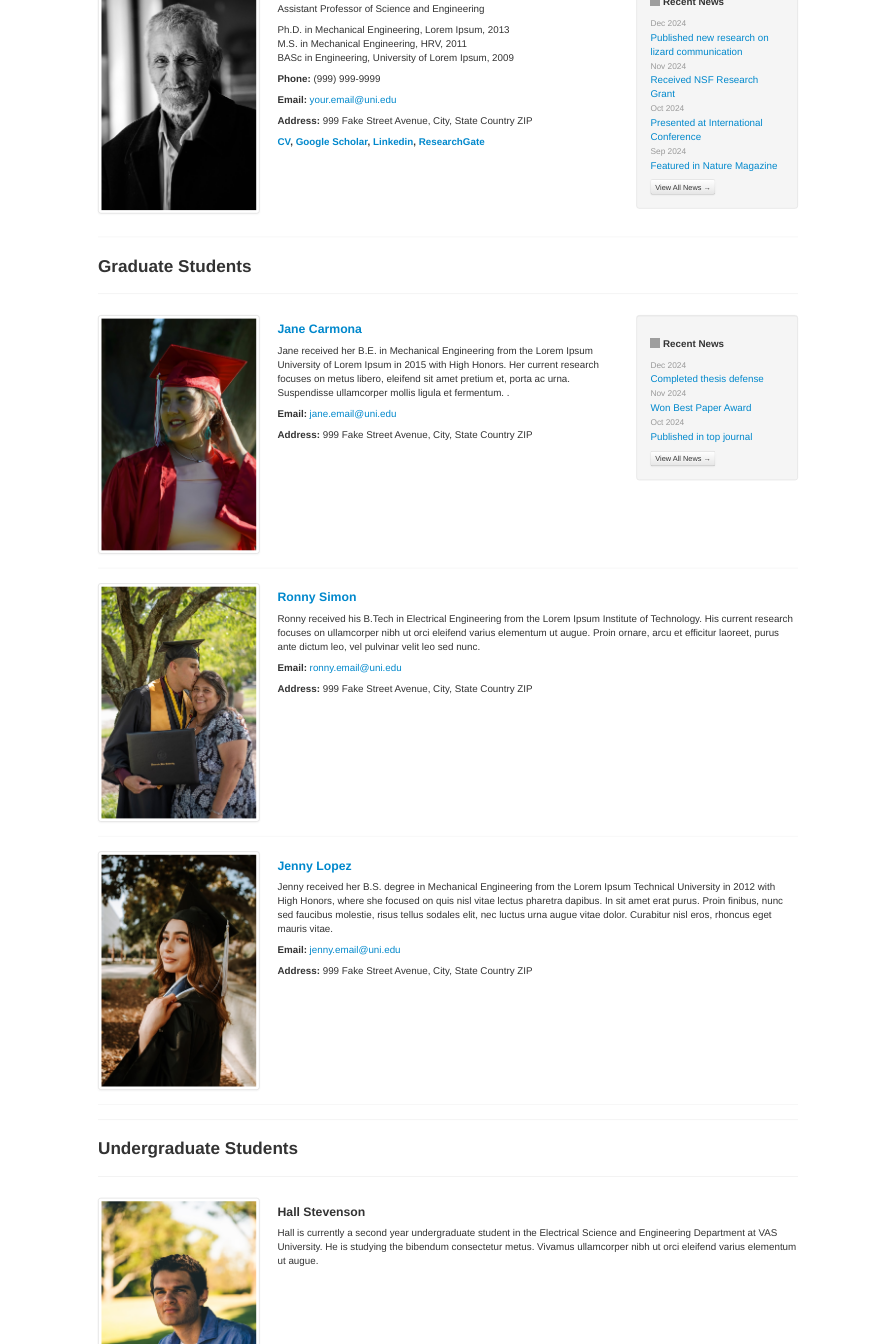
Repository: IAEUC/iaeuc.github.io
Page: people.html
An editor plug-in stored every save of this project. The page is shown before and after the next save, followed by the edit.
The browser window is 1280 px wide. The pictures show the part of the page from y = 403 to 2323 px (the page is 5319 px tall), at 70% of full size.
Pictures or frames that could not be fetched are drawn as grey boxes.

Above is the page before, as saved 2025-08-07 17:48:37.

### people.html
<!DOCTYPE html>
<html lang="en">
   <head>
      <meta charset="utf-8">
      <title>People</title>
      <meta name="viewport" content="width=device-width, initial-scale=1.0">
      <meta name="description" content="Research Lab, Home, Velit Aliquet Sagittis University">
      <meta name="author" content="">
      <!-- Le styles -->
      <link href="css/bootstrap.min.css" rel="stylesheet">
      <link href="css/bootstrap-responsive.min.css" rel="stylesheet">
      <link href="css/theme.css" rel="stylesheet">
   </head>
   <body>
      <div class="container">
         <header class="jumbotron subhead" id="overview">
            <p class="lead"> Velit Aliquet Sagittis University </p>
            <h1>Experimental Research Lab</h1>
         </header>
         <div class="masthead">
            <div class="navbar">
               <div class="navbar-inner">
                  <div class="container">
                     <ul class="nav">
                        <li><a href="index.html">Home</a></li>
                        <li class="dropdown active">
                           <a href="#" class="dropdown-toggle" data-toggle="dropdown">People <b class="caret"></b></a>
                           <ul class="dropdown-menu">
                              <li><a href="people.html">All People</a></li>
                              <li><a href="people.html#principalinvestigator">Principal Investigator</a></li>
                              <li><a href="people.html#graduate">Graduate Students</a></li>
                              <li><a href="people.html#undergraduate">Undergraduate Students</a></li>
                           </ul>
                        </li>
                        <li><a href="research.html">Research</a></li>
                        <li><a href="publications.html">Publications</a></li>
                        <li><a href="gallery.html">Gallery</a></li>
                        <li><a href="news.html">News</a></li>
                        <li><a href="teaching.html">Teaching</a></li>
                        <li><a href="contact.html">Contact</a></li>
                     </ul>
                  </div>
               </div>
            </div>
         </div>
         <hr>
         <div class="row-fluid">

            <div class="span12">
               <section id="principalinvestigator">
                  <div class="page-header">
                     <h3>Principal Investigator</h3>
                  </div>
                  <div class="row-fluid">
                     <div class="span3">
                        <a href="https://unsplash.com/photos/aCZ2hiC-iDk" class="thumbnail">
                        <img src="thumbs/prof-photo2.jpg" alt="Joe Smith"/>
                        </a>
                     </div>
                     <div class="span6">
                        <h4>Joe Smith</h4>
                        <p>Assistant Professor of Science and Engineering</p>
                        <p>Ph.D. in Mechanical Engineering, Lorem Ipsum, 2013<br/>M.S. in Mechanical Engineering, HRV, 2011<br/>BASc in Engineering, University of Lorem Ipsum, 2009</p>
                        <p><b>Phone: </b>(999) 999-9999 </p>
                        <p><b>Email: </b><a href="mailto:your.email@uni.edu">your.email@uni.edu</a></p>
                        <p><b>Address: </b>999 Fake Street Avenue, City, State Country ZIP</p>
                        <p><b><a href="https://www.myperfectcv.co.uk/cv-examples/chemistry-lab-technician-cv-sample">CV</a>, <a href="http://scholar.google.com">Google Scholar</a>, <a href="https://www.linkedin.com">Linkedin</a>, <a href="http://www.researchgate.net">ResearchGate</a></b></p>
                     </div>
                     <div class="span3">
                        <div class="well">
                           <h5><i class="icon-bullhorn"></i> Recent News</h5>
                           <ul class="unstyled">
                              <li>
                                 <small class="muted">Dec 2024</small><br/>
                                 <a href="#" class="small">Published new research on lizard communication</a>
                              </li>
                              <li>
                                 <small class="muted">Nov 2024</small><br/>
                                 <a href="#" class="small">Received NSF Research Grant</a>
                              </li>
                              <li>
                                 <small class="muted">Oct 2024</small><br/>
                                 <a href="#" class="small">Presented at International Conference</a>
                              </li>
                              <li>
                                 <small class="muted">Sep 2024</small><br/>
                                 <a href="#" class="small">Featured in Nature Magazine</a>
                              </li>
                           </ul>
                           <a href="news.html" class="btn btn-mini">View All News →</a>
                        </div>
                     </div>
                  </div>
               </section>
               <hr>
               <section id="graduate">
                  <div class="page-header">
                     <h3>Graduate Students</h3>
                  </div>
                  <div class="row-fluid">
                     <div class="span3">
                        <a href="https://unsplash.com/photos/aaaGLiTRqkg" class="thumbnail">
                        <img src="thumbs/jane-carmona.jpg" alt="Jane Carmona"/>
                        </a>
                     </div>
                     <div class="span6">
                        <h4><a href="https://unsplash.com/photos/aaaGLiTRqkg">Jane Carmona</a></h4>
                        <p>Jane received her B.E. in Mechanical Engineering from the Lorem Ipsum University of Lorem Ipsum in 2015 with High Honors. Her current research focuses on metus libero, eleifend sit amet pretium et, porta ac urna. Suspendisse ullamcorper mollis ligula et fermentum. .</p>
                        <p><b>Email: </b><a href="mailto:jane.email@uni.edu">jane.email@uni.edu</a></p>
                        <p><b>Address: </b>999 Fake Street Avenue, City, State Country ZIP</p>
                     </div>
                     <div class="span3">
                        <div class="well">
                           <h5><i class="icon-bullhorn"></i> Recent News</h5>
                           <ul class="unstyled">
                              <li>
                                 <small class="muted">Dec 2024</small><br/>
                                 <a href="#" class="small">Completed thesis defense</a>
                              </li>
                              <li>
                                 <small class="muted">Nov 2024</small><br/>
                                 <a href="#" class="small">Won Best Paper Award</a>
                              </li>
                              <li>
                                 <small class="muted">Oct 2024</small><br/>
                                 <a href="#" class="small">Published in top journal</a>
                              </li>
                           </ul>
                           <a href="news.html" class="btn btn-mini">View All News →</a>
                        </div>
                     </div>
                  </div>
                  <hr>
                  <div class="row-fluid">
                     <div class="span3">
                        <a href="https://unsplash.com/photos/LUdelQ2EO2g" class="thumbnail">
                        <img src="thumbs/ronny-sison.jpg" alt="Ronny Simon"/>
                        </a>
                     </div>
                     <div class="span9">
                        <h4><a href="https://unsplash.com/photos/LUdelQ2EO2g">Ronny Simon</a></h4>
                        <p>Ronny received his B.Tech in Electrical Engineering from the Lorem Ipsum Institute of Technology. His current research focuses on ullamcorper nibh ut orci eleifend varius elementum ut augue. Proin ornare, arcu et efficitur laoreet, purus ante dictum leo, vel pulvinar velit leo sed nunc. </p>
                        <p><b>Email: </b><a href="mailto:ronny.email@uni.edu">ronny.email@uni.edu</a></p>
                        <p><b>Address: </b>999 Fake Street Avenue, City, State Country ZIP</p>
                     </div>
                  </div>
                  <hr>
                  <div class="row-fluid">
                     <div class="span3">
                        <a href="https://unsplash.com/photos/nomivMNW07o" class="thumbnail">
                        <img src="thumbs/graduate-1.jpg" alt="Jenny Lopez"/>
                        </a>
                     </div>
                     <div class="span9">
                        <h4><a href="https://unsplash.com/photos/nomivMNW07o">Jenny Lopez</a></h4>
                        <p>Jenny received her B.S. degree in Mechanical Engineering from the Lorem Ipsum Technical University in 2012 with High Honors, where she focused on quis nisl vitae lectus pharetra dapibus. In sit amet erat purus. Proin finibus, nunc sed faucibus molestie, risus tellus sodales elit, nec luctus urna augue vitae dolor. Curabitur nisl eros, rhoncus eget mauris vitae.</p>
                        <p><b>Email: </b><a href="mailto:jenny.email@uni.edu">jenny.email@uni.edu</a></p>
                        <p><b>Address: </b>999 Fake Street Avenue, City, State Country ZIP</p>
                     </div>
                  </div>
                  <hr>
               </section>
               <hr>
               <section id="undergraduate">
                  <div class="page-header">
                     <h3>Undergraduate Students</h3>
                  </div>
                  <div class="row-fluid">
                     <div class="span3">
                        <a href="https://unsplash.com/photos/unr5ZqXXvqU" class="thumbnail">
                        <img src="thumbs/undergrad-1.jpg" alt="Hall Stevenson"/>
                        </a>
                     </div>
                     <div class="span9">
                        <h4>Hall Stevenson</h4>
                        <p>Hall is currently a second year undergraduate student in the Electrical Science and Engineering Department at VAS University. He is studying the bibendum consectetur metus. Vivamus ullamcorper nibh ut orci eleifend varius elementum ut augue.</p>
                     </div>
                  </div>
                  <hr>
                  <div class="row-fluid">
                     <div class="span3">
                        <a href="https://unsplash.com/photos/GIy2ly37Kw8" class="thumbnail">
                        <img src="thumbs/graduate-2.jpg" alt="Simon Singh"/>
                        </a>
                     </div>
                     <div class="span9">
                        <h4>Simon Singh</h4>
                        <p>Simon is currently a second year undergraduate student in the Lorem Ipsum and Engineering Department at VAS University. He is working on rhoncus euismod tortor, ac lobortis tortor vestibulum sed. Ut in aliquam sapien. </p>
                     </div>
                  </div>
                  <hr>
                  <div class="row-fluid">
                     <div class="span3">
                        <a href="https://unsplash.com/photos/dju4--IW7Qw" class="thumbnail">
                        <img src="thumbs/graduate-3.jpg" alt="Tim Johnson"/>
                        </a>
                     </div>
                     <div class="span9">
                        <h4>Tim Johnson</h4>
                        <p>Tim is currently a second year undergraduate student in the Engineering Science Department at VAS University. He is currently studying sodales elit nec luctus urna augue vitae dolor. </p>
                     </div>
                  </div>
                  <hr>
                  <div class="row-fluid">
                     <div class="span3">
                        <a href="https://unsplash.com/photos/lEMHg4RFTW8" class="thumbnail">
                        <img src="thumbs/graduate-4.jpg" alt="Simona Alexander"/>
                        </a>
                     </div>
                     <div class="span9">
                        <h4>Simona Alexander</h4>
                        <p>Simona is currently a senior in the Lorem Ipsum Department at VAS. She is studying rhoncus eget mauris vitae, malesuada suscipit neque. Ut congue imperdiet lobortis. </p>
                     </div>
                  </div>
                  <hr>
                  <div class="row-fluid">
                     <div class="span3">
                        <a href="https://unsplash.com/photos/Nyt7CeiNXQw" class="thumbnail">
                        <img src="thumbs/graduate-5.jpg" alt="Zahima Sari"/>
                        </a>
                     </div>
                     <div class="span9">
                        <h4>Zahima Sari</h4>
                        <p>Zahima is currently a third year undergraduate student in the Lorem Ipsum Engineering Department at VAS. She is modling the dynamics tincidunt, odio non suscipit condimentum, neque diam viverra risus, vel tincidunt elit massa eu nulla. </p>
                     </div>
                  </div>
                  <hr>
                  <div class="row-fluid">
                     <div class="span3">
                        <a href="https://unsplash.com/photos/fNZfMhyd8Hs" class="thumbnail">
                        <img src="thumbs/graduate-6.jpg" alt="Alissa Zhi"/>
                        </a>
                     </div>
                     <div class="span9">
                        <h4>Alissa Zhi</h4>
                        <p>Alissa is currently a first year undergraduate student in the Science and Engineering Department at VAS. She is studying techniques to improve tempus pellentesque ex, et sollicitudin nunc faucibus vel. Suspendisse condimentum feugiat arcu, vitae pretium enim tempus eget.</p>
                     </div>
                  </div>
                  <hr>
                  <div class="row-fluid">
                     <div class="span3">
                        <a href="https://unsplash.com/photos/WC7KIHo13Fc" class="thumbnail">
                        <img src="thumbs/graduate-7.jpg" alt="David Tohm"/>
                        </a>
                     </div>
                     <div class="span9">
                        <h4>David Tohm</h4>
                        <p>David is currently a third year undergraduate student in the Science and Engineering Department at VAS. He is studying dui diam, pellentesque vel ullamcorper non, dictum eu tellus.</p>
                     </div>
                  </div>
                  <hr>
                  <div class="row-fluid">
                     <div class="span3">
                        <a href="https://unsplash.com/photos/APmln0DMSac" class="thumbnail">
                        <img src="thumbs/graduate-8.jpg" alt="Jessica Smith"/>
                        </a>
                     </div>
                     <div class="span9">
                        <h4>Jessica Smith</h4>
                        <p>Jessica is currently a second year undergraduate student in the Mechanical Engineering Department at VAS. She is studying Fusce et ullamcorper sapien. Integer tristique magna sed tellus faucibus imperdiet facilisis et quam.</p>
                     </div>
                  </div>
               </section>
            </div>
         </div>
      </div>
      <footer id="footer">
         <div class="container-fluid">
            <div class="row-fluid">
               <div class="span5">
                  <h3>Contact Information</h3>
                  <p><b>Office Hours: </b>Monday-Friday (8.00am - 5.00pm)</p>
                  <p><b>Phone: </b>999-999-9999</p>
                  <p><b>Cell: </b>999-999-9999</p>
                  <a href="mailto:your.email@uni.edu">Email</a>
               </div>
               <div class="span2">
                  <a href="https://mybrandnewlogo.com/"><img src = "thumbs/generic-logo.JPG" alt="research-lab-logo"/></a>
               </div>
               <div class="span5">
                  <h3>Address</h3>
                  <p>9999 Generic Research Laboratory<br>
                     999 Fake Street Avenue<br>
                     City, State<br>
                     Country ZIP
                  </p>
                  <a href="http://maps.google.com/">Show Map</a>
               </div>
            </div>
         </div>
      </footer>

      <!-- Le javascript
         ================================================== -->
      <!-- Placed at the end of the document so the pages load faster -->
      <script src="js/jquery-1.9.1.min.js"></script>
      <script src="js/bootstrap.min.js"></script>
      <script>
         $(document).ready(function() {
             $(document.body).scrollspy({
                 target: "#navparent"
             });
         });

      </script>
   </body>
</html>

Loaded but not shown: css/bootstrap.min.css (library); css/bootstrap-responsive.min.css (library); js/jquery-1.9.1.min.js (library); js/bootstrap.min.js (library); css/theme.css (552 lines, source omitted)

After the next save:
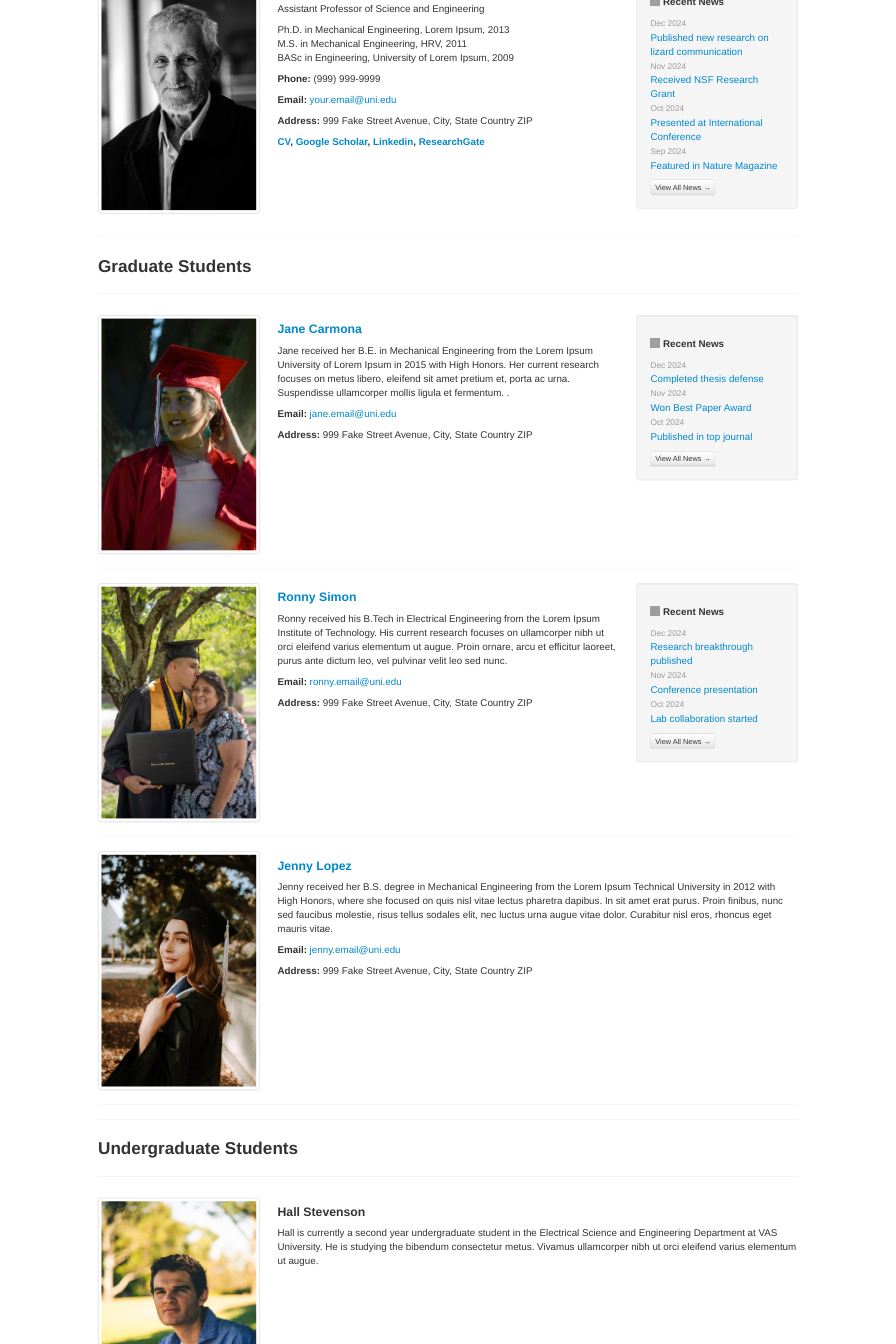
Saved 18 s later.
--- a/people.html
+++ b/people.html
@@ -137,11 +137,31 @@
                         <img src="thumbs/ronny-sison.jpg" alt="Ronny Simon"/>
                         </a>
                      </div>
-                     <div class="span9">
+                     <div class="span6">
                         <h4><a href="https://unsplash.com/photos/LUdelQ2EO2g">Ronny Simon</a></h4>
                         <p>Ronny received his B.Tech in Electrical Engineering from the Lorem Ipsum Institute of Technology. His current research focuses on ullamcorper nibh ut orci eleifend varius elementum ut augue. Proin ornare, arcu et efficitur laoreet, purus ante dictum leo, vel pulvinar velit leo sed nunc. </p>
                         <p><b>Email: </b><a href="mailto:ronny.email@uni.edu">ronny.email@uni.edu</a></p>
                         <p><b>Address: </b>999 Fake Street Avenue, City, State Country ZIP</p>
+                     </div>
+                     <div class="span3">
+                        <div class="well">
+                           <h5><i class="icon-bullhorn"></i> Recent News</h5>
+                           <ul class="unstyled">
+                              <li>
+                                 <small class="muted">Dec 2024</small><br/>
+                                 <a href="#" class="small">Research breakthrough published</a>
+                              </li>
+                              <li>
+                                 <small class="muted">Nov 2024</small><br/>
+                                 <a href="#" class="small">Conference presentation</a>
+                              </li>
+                              <li>
+                                 <small class="muted">Oct 2024</small><br/>
+                                 <a href="#" class="small">Lab collaboration started</a>
+                              </li>
+                           </ul>
+                           <a href="news.html" class="btn btn-mini">View All News →</a>
+                        </div>
                      </div>
                   </div>
                   <hr>
